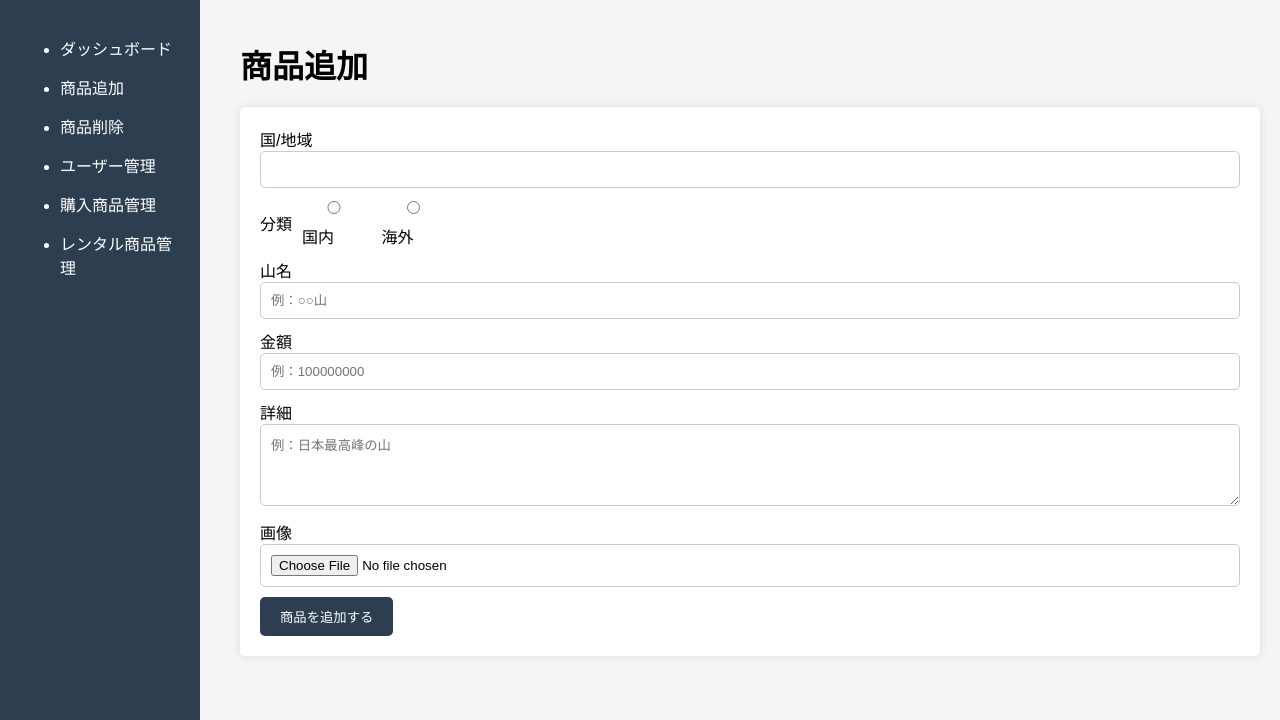
Repository: magome112/Oasis2024920
Page: http://localhost/_12_kanri.shohin.php
These files come from the project's save history. The page is drawn as it stood at one moment and after the next save; the edit follows.
The browser window is 1280 px wide. The pictures show the whole page.
The page is run by PHP 8.4 with error messages shown; the project is at /var/www/html/.

Above is the page before, as saved 2024-12-06 12:16:04.

### _12_kanri.shohin.php
<?php
// データベース接続設定
$host = 'mysql306.phy.lolipop.lan';
$dbname = 'LAA1602729-oasis';
$user = 'LAA1602729';
$password = 'oasis5';

try {
    $pdo = new PDO("mysql:host=$host;dbname=$dbname;charset=utf8", $user, $password);
    $pdo->setAttribute(PDO::ATTR_ERRMODE, PDO::ERRMODE_EXCEPTION);
} catch (PDOException $e) {
    echo "データベース接続エラー: " . $e->getMessage();
    exit;
}

// フォーム送信処理
if ($_SERVER['REQUEST_METHOD'] === 'POST') {
    $errors = [];

    // 必須項目のチェック
    $yama_name = trim($_POST['yama_name'] ?? '');
    $country_name = trim($_POST['country_name'] ?? '');
    $Region = $_POST['Region'] ?? null;
    $price = $_POST['price'] ?? '';
    $yama_info = trim($_POST['yama_info'] ?? '');
    $yama_img = '';

    if (empty($yama_name)) $errors[] = "山名を入力してください。";
    if (empty($country_name)) $errors[] = "国/地域を入力してください。";
    if ($Region === null) $errors[] = "分類を選択してください。";
    if (empty($price) || !is_numeric($price)) $errors[] = "金額を正しく入力してください。";
    if (empty($yama_info)) $errors[] = "詳細を入力してください。";

    // 画像のアップロード処理
    if (isset($_FILES['yama_img']) && $_FILES['yama_img']['error'] === UPLOAD_ERR_OK) {
        $upload_dir = 'uploads/';
        $yama_img = $upload_dir . basename($_FILES['yama_img']['name']);
        if (!move_uploaded_file($_FILES['yama_img']['tmp_name'], $yama_img)) {
            $errors[] = "画像アップロードに失敗しました。";
        }
    }

    // エラーがある場合は表示して処理終了
    if (!empty($errors)) {
        foreach ($errors as $error) {
            echo "<p style='color:red;'>$error</p>";
        }
        exit;
    }

    // データベースに挿入
    try {
        $stmt = $pdo->prepare("INSERT INTO Oasis_yama (yama_name, country_name, Region, price, yama_img, yama_info)
                               VALUES (:yama_name, :country_name, :Region, :price, :yama_img, :yama_info)");
        $stmt->bindParam(':yama_name', $yama_name);
        $stmt->bindParam(':country_name', $country_name);
        $stmt->bindParam(':Region', $Region);
        $stmt->bindParam(':price', $price);
        $stmt->bindParam(':yama_img', $yama_img);
        $stmt->bindParam(':yama_info', $yama_info);
        $stmt->execute();

        echo "<p style='color:green;'>商品が追加されました！</p>";
    } catch (PDOException $e) {
        echo "<p style='color:red;'>データベースエラー: " . $e->getMessage() . "</p>";
    }
}
?>

<!DOCTYPE html>
<html lang="ja">
<head>
    <meta charset="UTF-8">
    <meta name="viewport" content="width=device-width, initial-scale=1.0">
    <title>商品追加</title>
    <style>
        body {
            font-family: Arial, sans-serif;
            margin: 0;
            padding: 0;
            background-color: #f5f5f5;
        }
        .sidebar {
            width: 200px;
            background-color: #2c3e50;
            color: #fff;
            height: 100vh;
            position: fixed;
            top: 0;
            left: 0;
            padding: 20px;
            box-sizing: border-box;
        }
        .sidebar h3 {
            margin-bottom: 30px;
        }
        .sidebar a {
            color: #fff;
            text-decoration: none;
            display: block;
            margin-bottom: 15px;
        }
        .main-content {
            margin-left: 220px;
            padding: 20px;
        }
        h1 {
            margin-bottom: 20px;
        }
        form {
            background-color: #fff;
            padding: 20px;
            border-radius: 5px;
            box-shadow: 0 0 10px rgba(0, 0, 0, 0.1);
        }
        input, textarea {
    width: 100%;
    padding: 10px;
    margin-bottom: 10px;
    border: 1px solid #ccc;
    border-radius: 5px;
    box-sizing: border-box;
}

.radio-group {
    display: flex; /* 横並びに整列 */
    align-items: center; /* 垂直方向の中央揃え */
    margin-bottom: 10px;
}

.radio-group label {
    margin-right: 10px; /* ラジオボタンのラベルとの間隔 */
}

.radio-group input[type="radio"] {
    margin-right: 5px; /* ラジオボタンとテキストの間隔 */
    margin-left: 0; /* 不要な余白をゼロに設定 */
}

.radio-group .radio-label {
    margin-right: 15px; /* ラジオボタン間のスペース */
}


        button {
            background-color: #2c3e50;
            color: #fff;
            border: none;
            padding: 10px 20px;
            cursor: pointer;
            border-radius: 5px;
        }
        button:hover {
            background-color: #34495e;
        }
    </style>
</head>
<body>
<div class="sidebar">
    <ul>
        <li><a>ダッシュボード</a></li>
        <li><a href="_12_kanri.shohin.php">商品追加</a></li>
        <li><a href="_13_kanri.shohindel.php">商品削除</a></li>
        <li><a href="_14_kanri.user.php">ユーザー管理</a></li>
        <li><a href="_15_kanri.add.shohin.php">購入商品管理</a></li>
        <li><a href="_16_kanri.add.rental.php">レンタル商品管理</a></li>
    </ul>
</div>

<div class="main-content">
    <h1>商品追加</h1>
    <form method="POST" enctype="multipart/form-data">

        <label for="country_name">国/地域</label>
        <input type="text" name="country_name" id="country_name" required>

        <div class="radio-group">
    <label>分類</label>
    <div class="radio-label">
        <input type="radio" name="Region" value="0" id="domestic" required>
        <label for="domestic">国内</label>
    </div>
    <div class="radio-label">
        <input type="radio" name="Region" value="1" id="overseas">
        <label for="overseas">海外</label>
    </div>
</div>


        <label for="yama_name">山名</label>
        <input type="text" name="yama_name" id="yama_name" placeholder="例：○○山" required>

        <label for="price">金額</label>
        <input type="number" name="price" id="price" placeholder="例：100000000" required>

        <label for="yama_info">詳細</label>
        <textarea name="yama_info" id="yama_info" placeholder="例：日本最高峰の山" rows="4" required></textarea>

        <label for="yama_img">画像</label>
        <input type="file" name="yama_img" id="yama_img" accept="image/*" required>

        <button type="submit">商品を追加する</button>
    </form>
</div>
</body>
</html>

After the next save:
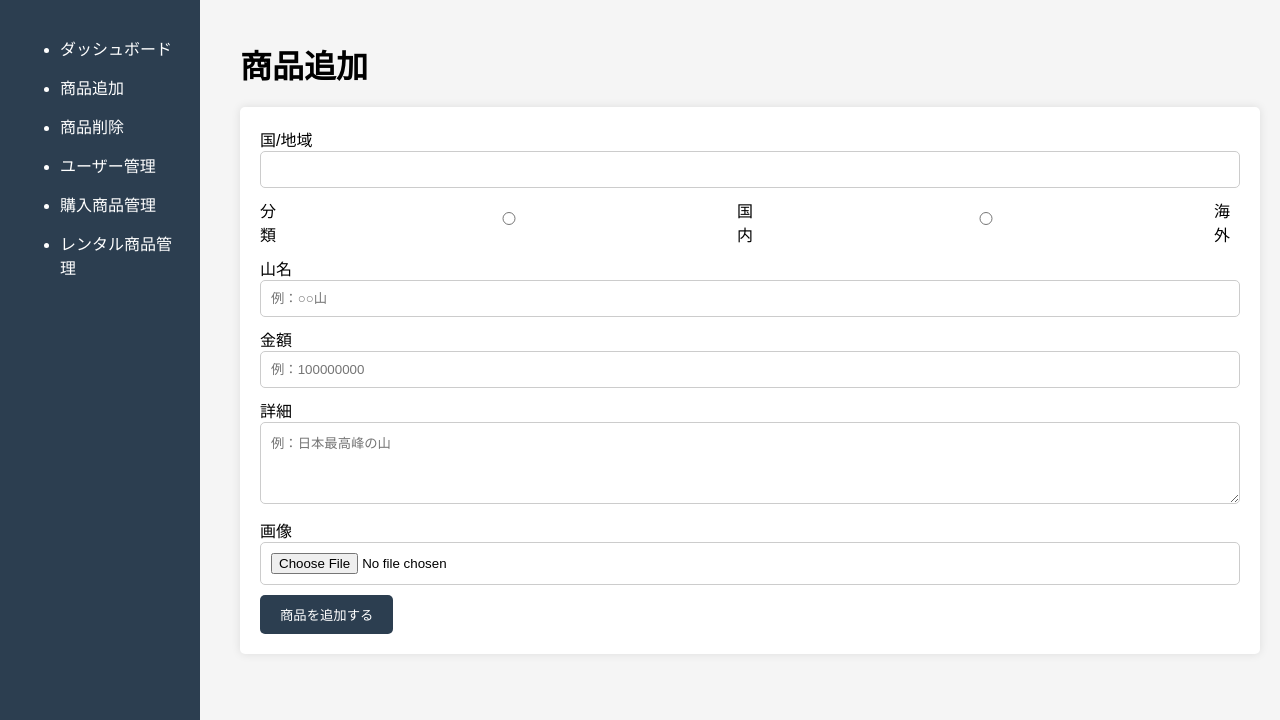
Saved 80 s later.
--- a/_12_kanri.shohin.php
+++ b/_12_kanri.shohin.php
@@ -129,7 +129,7 @@ if ($_SERVER['REQUEST_METHOD'] === 'POST') {
 }
 
 .radio-group label {
-    margin-right: 10px; /* ラジオボタンのラベルとの間隔 */
+    margin-right: 10px; /* ラジオボタンとテキストの間隔 */
 }
 
 .radio-group input[type="radio"] {
@@ -137,9 +137,6 @@ if ($_SERVER['REQUEST_METHOD'] === 'POST') {
     margin-left: 0; /* 不要な余白をゼロに設定 */
 }
 
-.radio-group .radio-label {
-    margin-right: 15px; /* ラジオボタン間のスペース */
-}
 
 
         button {
@@ -176,15 +173,12 @@ if ($_SERVER['REQUEST_METHOD'] === 'POST') {
 
         <div class="radio-group">
     <label>分類</label>
-    <div class="radio-label">
-        <input type="radio" name="Region" value="0" id="domestic" required>
-        <label for="domestic">国内</label>
-    </div>
-    <div class="radio-label">
-        <input type="radio" name="Region" value="1" id="overseas">
-        <label for="overseas">海外</label>
-    </div>
+    <input type="radio" name="Region" value="0" id="domestic" required>
+    <label for="domestic">国内</label>
+    <input type="radio" name="Region" value="1" id="overseas">
+    <label for="overseas">海外</label>
 </div>
+
 
 
         <label for="yama_name">山名</label>
